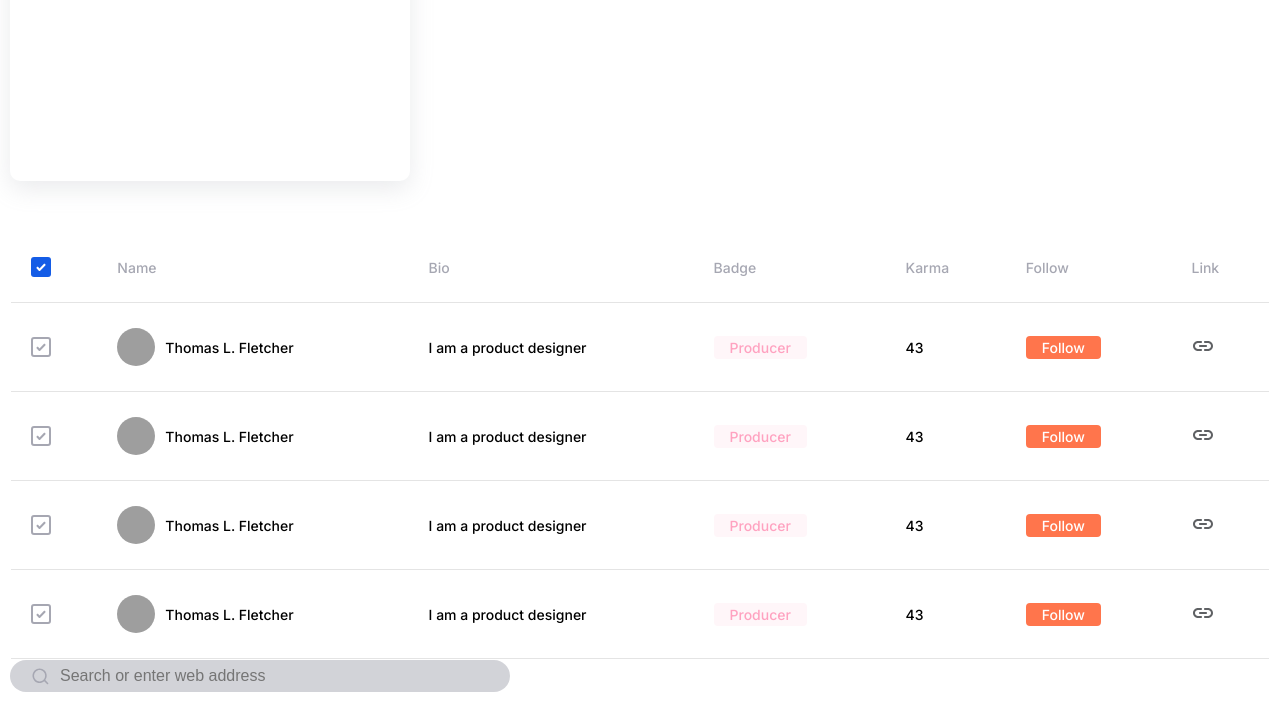
Repository: anhphapap/CSS
Page: test.html
An editor plug-in stored every save of this project. The page is shown before and after the next save, followed by the edit.
The browser window is 1280 px wide. The pictures show the part of the page from y = 642 to 1344 px (the page is 1344 px tall).
Pictures or frames that could not be fetched are drawn as grey boxes. A picture or video elsewhere on the page could not be fetched, so the positions and the page height are approximate.

Above is the page before, as saved 2023-04-09 21:53:39.

After the next save:
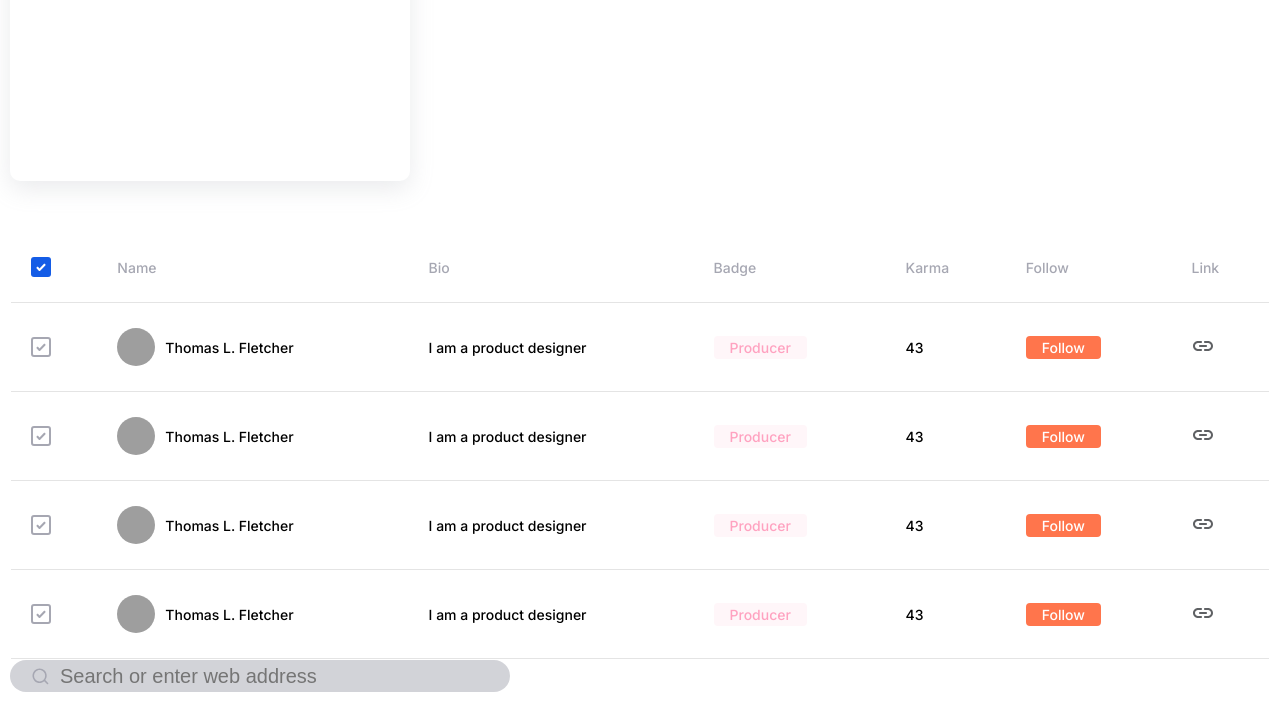
Saved 26 s later.
--- a/CSS/test.css
+++ b/CSS/test.css
@@ -394,7 +394,7 @@ td,th{
     border: none;
     background-color: rgba(166, 167, 178,0.5);
     border-radius: 100rem;
-    font-size: 16px;
+    font-size: 20px;
 }
 
 .search-icon{
